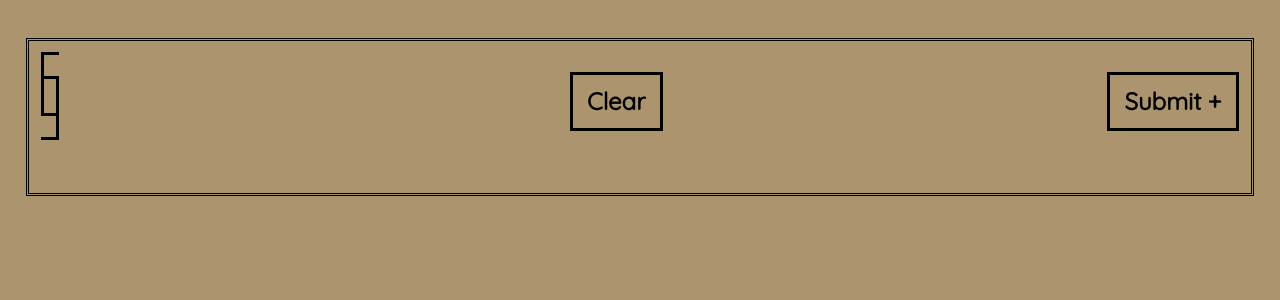
Repository: rickypcyt/ricky-react-portfolio
Page: /WebMural
These files come from the project's save history. The page is drawn as it stood at one moment and after a run of saves; the edit follows.
The browser window is 1280 px wide. The pictures show the whole page.
The project was rebuilt for these pictures with package versions that can differ from the ones it lists, and the page was loaded fresh each time. Also part of the build but not shown: src/Content.js, src/pages/Info.js, src/pages/Projects.js, src/pages/Contact.js, src/pages/NotesJS.js.

Above is the page before, as saved 2022-09-12 14:55:31.

### src/index.js
import React from "react";
import ReactDOM from "react-dom/client";
import "./index.css";
import App from "./App";
import reportWebVitals from "./reportWebVitals";
import { BrowserRouter, Routes, Route, Switch } from "react-router-dom";

const root = ReactDOM.createRoot(document.getElementById("root"));
root.render(
  <React.StrictMode>
    <BrowserRouter>
      <App />
    </BrowserRouter>
  </React.StrictMode>
);

// If you want to start measuring performance in your app, pass a function
// to log results (for example: reportWebVitals(console.log))
// or send to an analytics endpoint. Learn more: https://bit.ly/CRA-vitals
reportWebVitals();

### src/index.css
@import url("https://fonts.googleapis.com/css2?family=Quicksand");

input[type="file"] {
  display: none;
}
.container {
  top: 0%;
  left: 0%;
}
::marker {
  display: none;
}
.image-container {
  width: 100%;
  margin: auto;
  display: flex;
  flex-direction: row;
  justify-content: space-evenly;
  gap: 15px;
  padding: 10px;
}
body {
  line-height: 1;
  font-family: "Quicksand";
  font-size: large;
  margin: 2%;
  padding: 1%;
  border-style: double;
  margin-top: 3%;
  background: #ac946e;
}
ol {
  list-style: none;
  display: flex;
  padding: 0;
  justify-content: space-between;
  align-items: flex-start;
  display: flex;
  flex-wrap: wrap;
  align-content: center;
}
.content {
  position: absolute;
  right: calc(var(--pad) * 2);
  bottom: calc(var(--pad) * 2);
  white-space: nowrap;
}
.parrafo {
  line-height: 1.5;
  text-align: end;
  font-size: larger;
}
.parrafo span {
  display: block;
}
.titulo {
  margin: 0;
}
.oli {
  font-weight: bold;
  border-style: solid;
  font-size: x-large;
  padding: 1ch;
}
.descripcion {
  font-weight: lighter;
  font-style: oblique;
}
.oli:hover {
  color: black;
  border-style: dotted;
}
.page {
  padding-top: 2%;
  padding-bottom: 3%;
}
.pageContact {
  padding-top: 8%;
  padding-bottom: 9%;
}
.cabeceranavi {
  padding-bottom: 1%;
}
p {
  font-weight: bold;
}
a {
  color: black;
  text-decoration: none;
  padding: 0ch;
}
span {
  font-size: larger;
}
li {
  width: 7%;
  height: 10%;
}
ul {
  list-style-type: none;
  margin: 0%;
  display: flex;
  align-items: center;
  flex-direction: row;
  padding-top: 5%;
  padding-bottom: 5%;
  padding-left: 0%;
  justify-content: space-around;
}
.imagenes {
  display: block;
  height: auto;
  width: auto;
  padding-top: 5%;
  padding-bottom: 5%;
}

.imagenesproyect {
  position: relative;
}
.fixer {
  display: flex;
  flex-direction: row;
  justify-content: space-evenly;
  padding-bottom: 3%;
}
.overlay {
  position: absolute;
  top: 0.83cm;

  background: rgb(0, 0, 0);
  background: rgb(2, 0.3, 0.9, 0.6); /* Black see-through */
  color: #f1f1f1;
  width: 100%;
  transition: 0.5s ease;
  color: white;
  text-align: center;
  font-size: 20px;
  padding-top: 20px;
  padding-bottom: 20px;
  opacity: 0;
}
.imagenesproyect:hover .overlay {
  opacity: 1;
}
.overlay2 {
  position: absolute;
  bottom: 8%;
  background: rgb(0, 0, 0);
  background: rgba(40, 40, 40, 0.6); /* Black see-through */
  color: #f1f1f1;
  width: 100%;
  transition: 0.5s ease;
  color: white;
  text-align: center;
  font-size: 20px;
  padding-top: 20px;
  padding-bottom: 20px;
  opacity: 0;
}
.imagenesproyect:hover .overlay2 {
  opacity: 1;
}

.homeinfo {
  font-size: x-large;
}

@media screen and (max-width: 1340px) {
  .fixer {
    flex-direction: column;
    justify-content: center;
  }
  .imagenes {
    height: auto;
    width: 100%;
  }
  ol {
  }
}

.image-container {
  width: auto;
  margin: auto;
  /* display: flex; */
  flex-wrap: wrap;
  gap: 15px;
  padding: 10px;
}

.image-container img {
  max-width: 100%;
  max-height: 225px;
}

.container .image-container .image {
  border: 4px solid black;
  overflow: hidden;
  /* cursor: pointer; */
}

.container .image-container .image img {
  height: 100%;
  width: 100%;
}
@media (max-width: 700px) {
  .image-container img {
    max-height: -10px;
  }
}

.image:hover {
  transform: scale(1.15); /* (150% zoom - Note: if the zoom is too large, it will go outside of the viewport) */
}

.oli:hover {
  transform: scale(1.15); /* (150% zoom - Note: if the zoom is too large, it will go outside of the viewport) */
}

### src/App.js
import Content from "./Content";
import Info from "./pages/Info";
import Projects from "./pages/Projects";
import Contact from "./pages/Contact";
import WebMural from "./pages/WebMural";
import NotesJS from "./pages/NotesJS";
import { Route, Routes, Switch } from "react-router-dom";

function App() {
  return (
    <>
      <Routes>
        <Route path="/" element={<Content />}/>
        <Route path="/Projects" element={<Projects />} />
        <Route path="/Info" element={<Info />} />
        <Route path="/Contact" element={<Contact />} />
        <Route path="/WebMural" element={<WebMural />} />
        <Route path="/NotesJS" element={<NotesJS />} />
      </Routes>
    </>
  );
}
export default App;

### src/pages/WebMural.js
import React, { useState } from "react";

import { Link, useMatch, useResolvedPath } from "react-router-dom";

const UploadAndDisplayImage = () => {
  const [selectedFiles, setSelectedFiles] = useState([]);
  const handleImageChange = (e) => {
    setSelectedFiles([]);
    if (e.target.files) {
      const filesArray = Array.from(e.target.files).map((file) =>
        URL.createObjectURL(file)
      );
      setSelectedFiles((prevImages) => prevImages.concat(filesArray));
      Array.from(e.target.files).map((file) => URL.revokeObjectURL(file));
    }
  };

  const renderPhotos = (source) => {
    return source.map((photo) => {
      return (
        <div class="container">
          <figure class="image-container">
            <img className="image" src={photo} alt="" key={photo} />
          </figure>
        </div>
      );
    });
  };

  return (
    <main>
      <nav className="cabeceranavi">
        <ol>
          <CustomLink to="/" className="oli">
            <div></div>
          </CustomLink>
          <nav className="oli" onClick={() => handleImageChange(null)}>
            Clear
          </nav>
          <label for="upload-button">
            <nav>
              <input
                type="file"
                id="upload-button"
                multiple="multiple"
                accept="image/*"
                onChange={handleImageChange}
              />
              <div class="oli"> Submit + </div>
            </nav>
          </label>
        </ol>
      </nav>
      {selectedFiles && (
        <div className="paddingimxd">
          <div class="image-container">{renderPhotos(selectedFiles)}</div>
        </div>
      )}
    </main>
  );
};

export default UploadAndDisplayImage;

function CustomLink({ to, children, ...props }) {
  const resolvedPath = useResolvedPath(to);
  const isActive = useMatch({ path: resolvedPath.pathname, end: true });
  return (
    <li className={isActive ? "active" : ""}>
      <Link to={to} {...props}>
        {children}
      </Link>
    </li>
  );
}

Loaded but not shown: public/index.html (common file); src/reportWebVitals.js (common file)

After the next 4 saves:
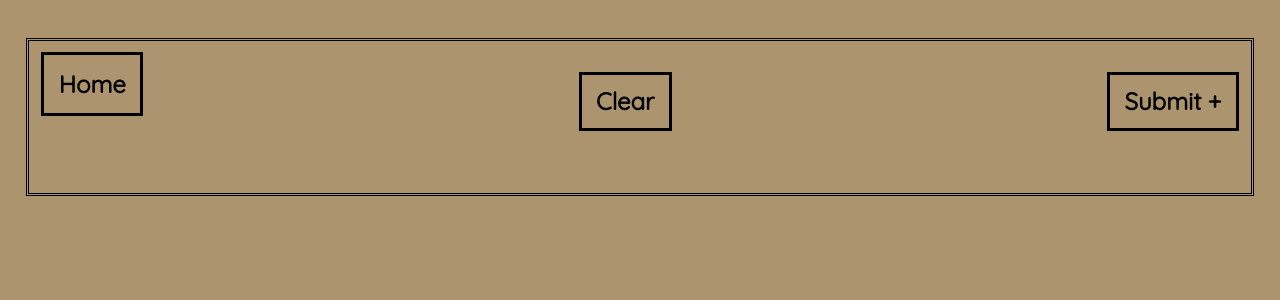
The 4 saves are shown as one change because they came seconds apart.
The last was saved 10 s later.
--- a/src/pages/WebMural.js
+++ b/src/pages/WebMural.js
@@ -31,9 +31,11 @@ const UploadAndDisplayImage = () => {
     <main>
       <nav className="cabeceranavi">
         <ol>
-          <CustomLink to="/" className="oli">
-            <div></div>
-          </CustomLink>
+          <div>
+            <CustomLink to="/" className="oli">
+              Home
+            </CustomLink>
+          </div>
           <nav className="oli" onClick={() => handleImageChange(null)}>
             Clear
           </nav>
